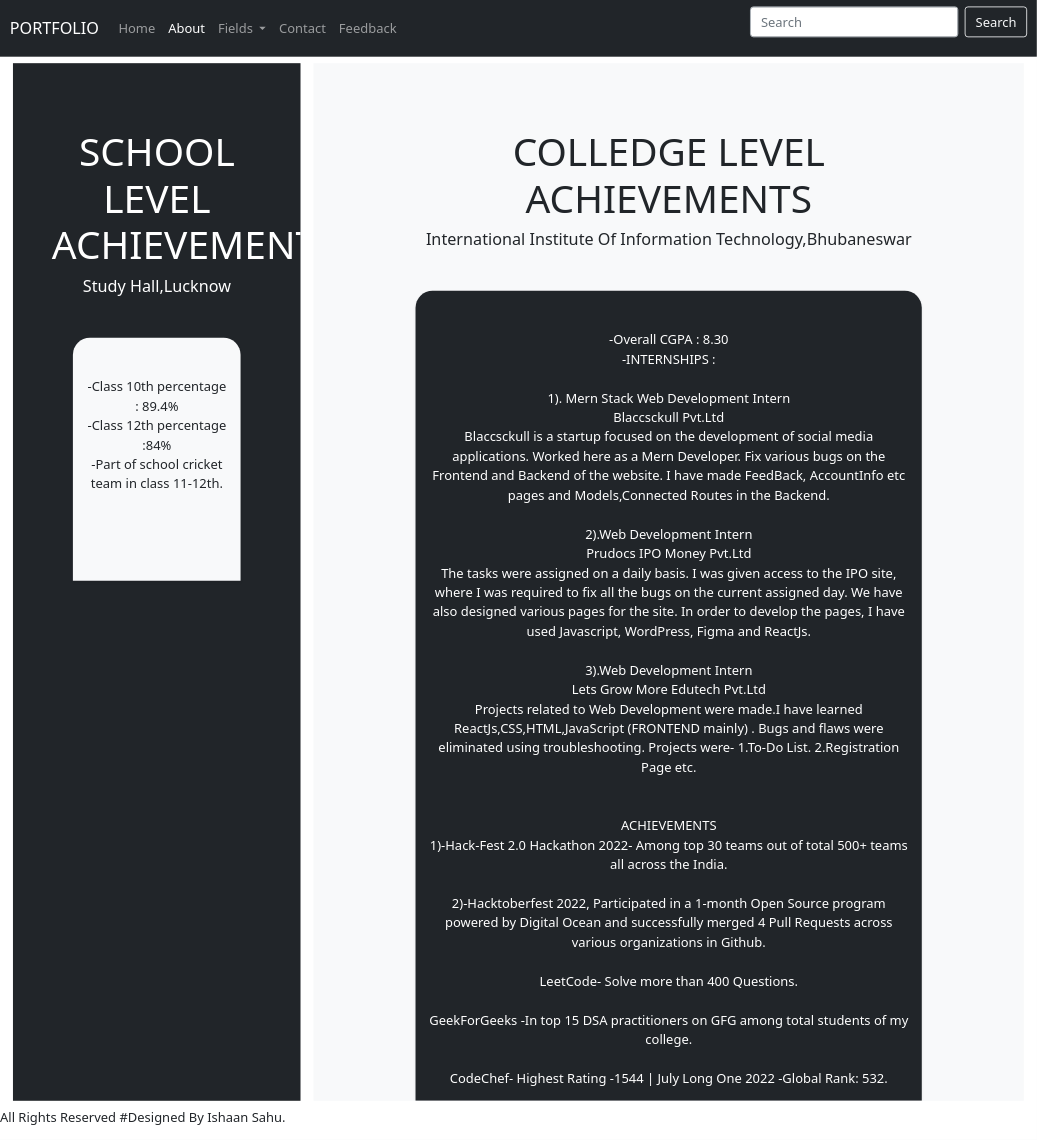
Repository: ishaan51551/Ishaan-s-Portfolio-
Page: about.html
These files come from the project's save history. The page is drawn as it stood at one moment and after a run of saves; the edit follows.
The browser window is 1280 px wide. The pictures show the whole page, at 81% of full size.

Above is the page before, as saved 2023-09-13 16:20:56.

### about.html
</body>

</html>

<!doctype html>
<html lang="en">

<head>
  <!-- Required meta tags -->
  <meta charset="utf-8">
  <meta name="viewport" content="width=device-width, initial-scale=1">

  <!-- Bootstrap CSS -->
  <link href="https://cdn.jsdelivr.net/npm/bootstrap@5.1.1/dist/css/bootstrap.min.css" rel="stylesheet"
    integrity="sha384-F3w7mX95PdgyTmZZMECAngseQB83DfGTowi0iMjiWaeVhAn4FJkqJByhZMI3AhiU" crossorigin="anonymous">

  <title>Ishaan Sahu Portfolio</title>
</head>

<body>


  <!-- NAVBAR -->
  <nav class="navbar navbar-expand-lg navbar-dark bg-dark">
    <div class="container-fluid">
      <a class="navbar-brand" href="#">PORTFOLIO </a>
      <button class="navbar-toggler" type="button" data-bs-toggle="collapse" data-bs-target="#navbarSupportedContent"
        aria-controls="navbarSupportedContent" aria-expanded="false" aria-label="Toggle navigation">
        <span class="navbar-toggler-icon"></span>
      </button>
      <div class="collapse navbar-collapse" id="navbarSupportedContent">
        <ul class="navbar-nav me-auto mb-2 mb-lg-0">
          <li class="nav-item">
            <a class="nav-link " aria-current="page" href="index.html">Home</a>
          </li>
          <li class="nav-item">
            <a class="nav-link active" href="/about.html">About</a>
          </li>
          <li class="nav-item dropdown">
            <a class="nav-link dropdown-toggle" href="#" id="navbarDropdown" role="button" data-bs-toggle="dropdown"
              aria-expanded="false">
              Fields
            </a>
            <ul class="dropdown-menu" aria-labelledby="navbarDropdown">
              <li><a class="dropdown-item" href="programming.html">Programming</a></li>
              <li><a class="dropdown-item" href="webdev.html">Web Devlopment</a></li>
              <li>
                <hr class="dropdown-divider">
              </li>
              <li><a class="dropdown-item" href="extracurricular.html">Extra Curricular</a></li>
            </ul>
          </li>
          <li class="nav-item">
            <a class="nav-link " aria-current="page" href="contact.html">Contact</a>
          </li>

          <li class="nav-item">
            <a class="nav-link" href="feedback.html">Feedback</a>

          </li>

        </ul>
        <form class="d-flex">
          <input class="form-control me-2" type="search" placeholder="Search" aria-label="Search">
          <button class="btn btn-outline-light" type="submit">Search</button>

        </form>
      </div>
    </div>
  </nav>

  <!-- Optional JavaScript; choose one of the two! -->

  <!-- Option 1: Bootstrap Bundle with Popper -->
  <script src="https://cdn.jsdelivr.net/npm/bootstrap@5.1.1/dist/js/bootstrap.bundle.min.js"
    integrity="sha384-/bQdsTh/da6pkI1MST/rWKFNjaCP5gBSY4sEBT38Q/9RBh9AH40zEOg7Hlq2THRZ"
    crossorigin="anonymous"></script>



  <!-- boxes -->
  <div class="d-md-flex flex-md-equal w-100my-md-3 ps-md-3 my-2 justify-content-center align item center">
    <div class="bg-dark me-md-3 pt-3 px-3 pt-md-5 px-md-5 text-center text-white overflow-hidden">
      <div class="my-3 py-3 ">
        <h2 class="display-5">SCHOOL LEVEL ACHIEVEMENTS</h2>
        <p class="lead">Study Hall,Lucknow</p>
      </div>
      <div class="bg-light shadow-sm mx-auto" style="width: 80%; height: 300px; border-radius: 21px 21px 0 0;">
        <p class="dance text-dark overfow-hidden text-center px-3 py-5">-Class 10th percentage : 89.4%</br>
          -Class 12th percentage :84%</br>
          -Part of school cricket team in class 11-12th.<br>
        </p>

      </div>
    </div>
    <div class="bg-light me-md-3 pt-3 px-3 pt-md-5 px-md-5 text-center overflow-hidden">
      <div class="my-3 p-3">
        <h2 class="display-5">COLLEDGE LEVEL ACHIEVEMENTS</h2>
        <p class="lead">International Institute Of Information Technology,Bhubaneswar</p>
      </div>
      <div class="bg-dark shadow-sm mx-auto" style="width: 80%; height: 1000px; border-radius: 21px 21px 0 0;">
        <p class="swing text-white text-center px-3 py-5">
          -Overall CGPA : 8.30</br>
          -INTERNSHIPS :</br>
          <br>
          1). Mern Stack Web Development Intern<br>
          Blaccsckull Pvt.Ltd<br>
          Blaccsckull is a startup focused on the development of social media applications. Worked here as a Mern
          Developer.
          Fix various bugs on the Frontend and Backend of the website.
          I have made FeedBack, AccountInfo etc pages and Models,Connected Routes in the Backend.
          <br>
          <br>
          2).Web Development Intern<br>
          Prudocs IPO Money Pvt.Ltd<br>
          The tasks were assigned on a daily basis.
          I was given access to the IPO site, where I was required to fix all the bugs on the current assigned day. We
          have also designed various pages for the site.
          In order to develop the pages, I have used Javascript, WordPress, Figma and ReactJs.
          <br>
          <br>
          3).Web Development Intern<br>
          Lets Grow More Edutech Pvt.Ltd<br>
          Projects related to Web Development were made.I have learned ReactJs,CSS,HTML,JavaScript (FRONTEND mainly) .
          Bugs and flaws were eliminated using troubleshooting.
          Projects were-
          1.To-Do List.
          2.Registration Page etc.
          <br><br><br>
          ACHIEVEMENTS<br>
          1)-Hack-Fest 2.0 Hackathon 2022- Among top 30 teams out of total 500+ teams all across the India.<br><br>
          2)-Hacktoberfest 2022, Participated in a 1-month Open Source program powered by Digital Ocean and successfully merged 4 Pull Requests across various organizations in Github.<br><br>
          LeetCode- Solve more than 400 Questions.<br><br>
          GeekForGeeks -In top 15 DSA practitioners on GFG among total students of my college. <br><br>
          CodeChef- Highest Rating -1544 | July Long One 2022 -Global Rank:   532.<br><br>

        </p>
        </p>
      </div>
    </div>
  </div>

  <!-- FOOTER  -->
  <footer class="blog-footer">
    <p>All Rights Reserved #Designed By Ishaan Sahu.</p>
    <p>

    </p>
  </footer>
</body>

</html>

After the next 2 saves:
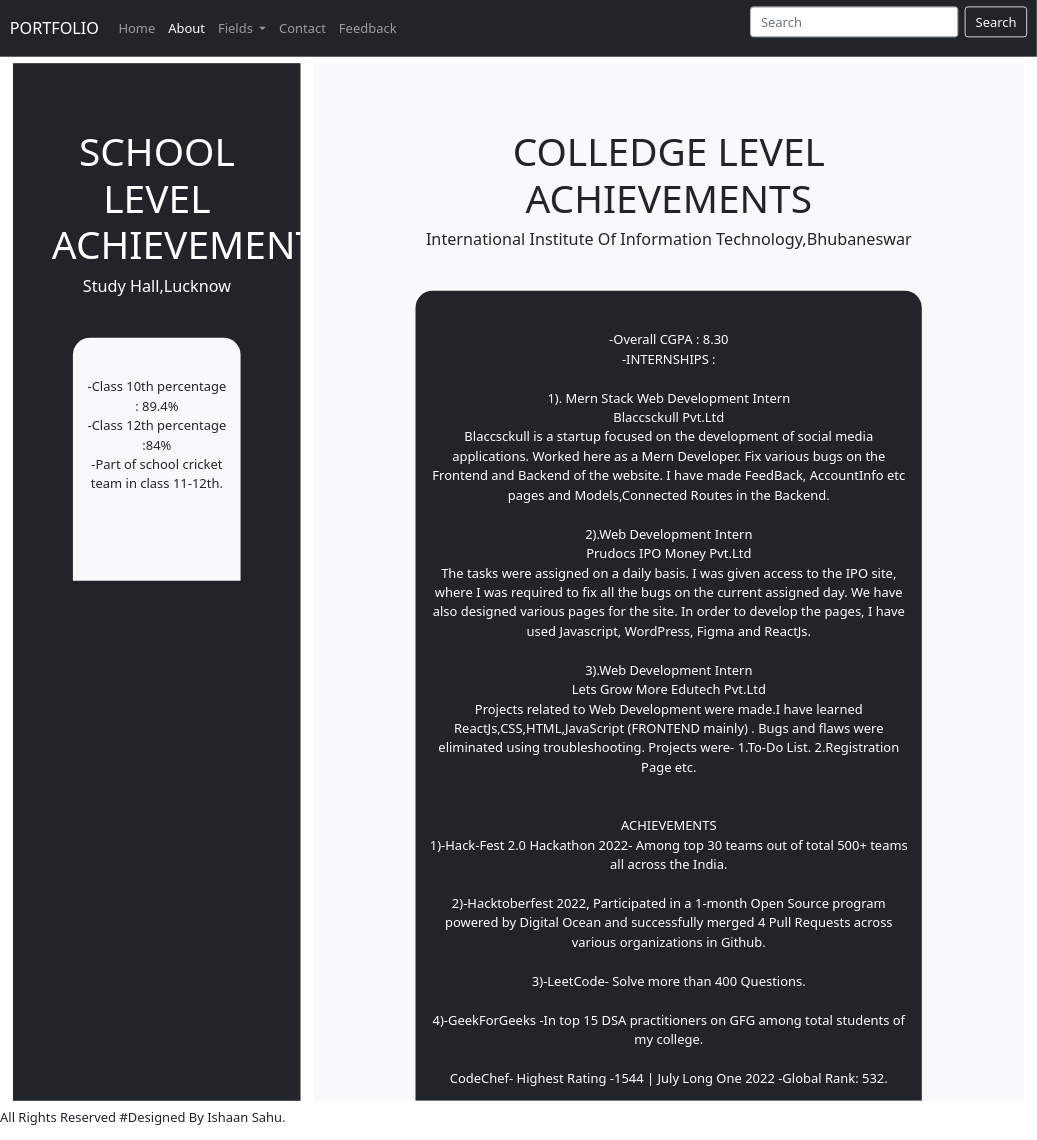
The 2 saves are shown as one change because they came seconds apart.
The last was saved 9 s later.
--- a/about.html
+++ b/about.html
@@ -130,8 +130,8 @@
           ACHIEVEMENTS<br>
           1)-Hack-Fest 2.0 Hackathon 2022- Among top 30 teams out of total 500+ teams all across the India.<br><br>
           2)-Hacktoberfest 2022, Participated in a 1-month Open Source program powered by Digital Ocean and successfully merged 4 Pull Requests across various organizations in Github.<br><br>
-          LeetCode- Solve more than 400 Questions.<br><br>
-          GeekForGeeks -In top 15 DSA practitioners on GFG among total students of my college. <br><br>
+          3)-LeetCode- Solve more than 400 Questions.<br><br>
+          4)-GeekForGeeks -In top 15 DSA practitioners on GFG among total students of my college. <br><br>
           CodeChef- Highest Rating -1544 | July Long One 2022 -Global Rank:   532.<br><br>
 
         </p>
